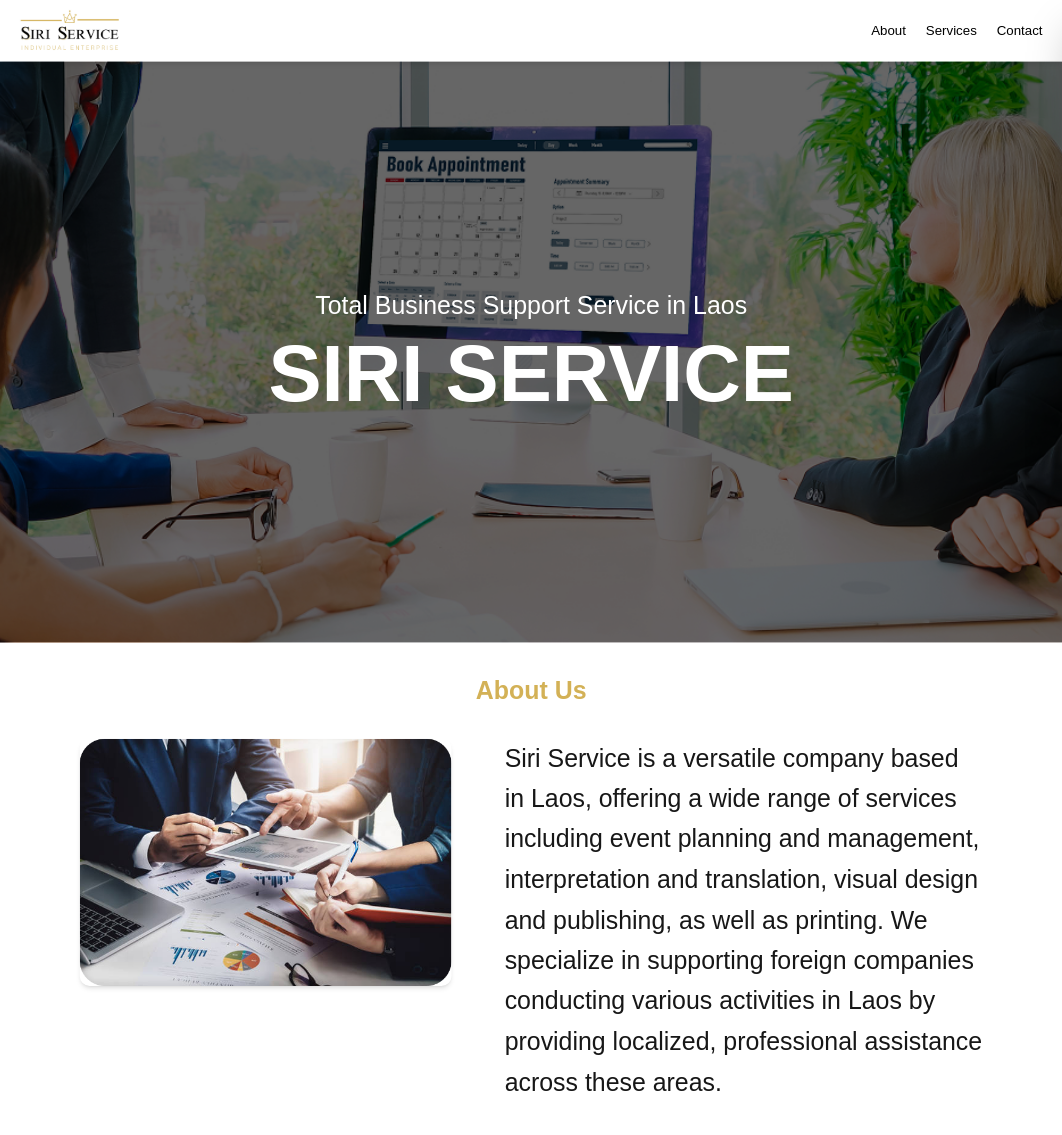
Repository: Phailin-teamplate/siri-service-web
Page: /
The author's editor kept a copy of each file at every save. The page is drawn from the files as they stood at one save, then again after the next save.
The browser window is 1280 px wide. The pictures show the whole page, at 83% of full size.
The project was rebuilt for these pictures with package versions that can differ from the ones it lists, and the page was loaded fresh each time. The framework's server and built-in components were replaced by stand-ins that run in the browser. Also part of the build but not shown: next.config.ts.

Above is the page before, as saved 2025-07-02 14:24:03.

After the next save:
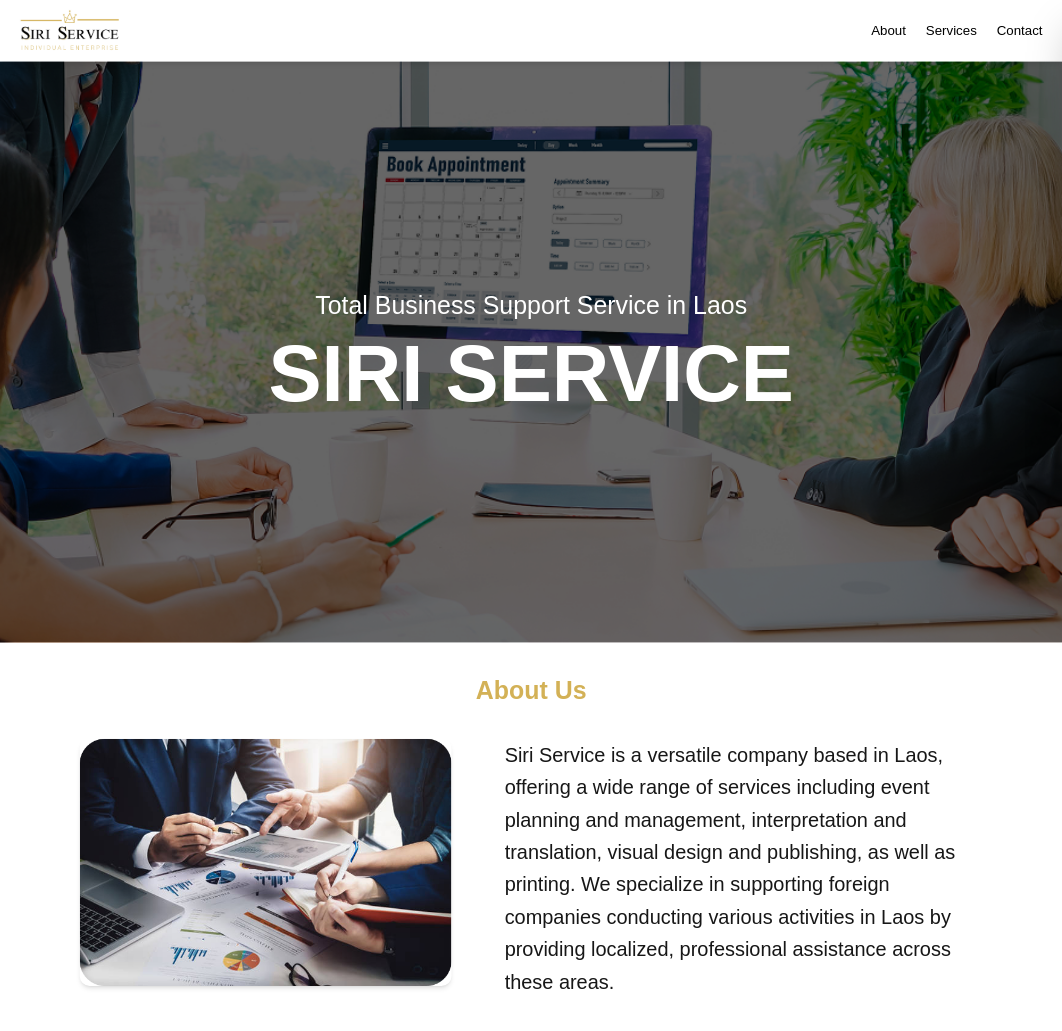
Saved 15 s later.
--- a/src/components/About.tsx
+++ b/src/components/About.tsx
@@ -36,7 +36,7 @@
         {/* Text */}
         <div className="w-full max-w-xl text-center md:text-left">
 
-          <p className="text-3xl md:text-3xl font-medium leading-relaxed">
+          <p className="text-2xl md:text-2xl font-medium leading-relaxed">
             Siri Service is a versatile company based in Laos, offering a wide range of
             services including event planning and management, interpretation and
             translation, visual design and publishing, as well as printing. We specialize
